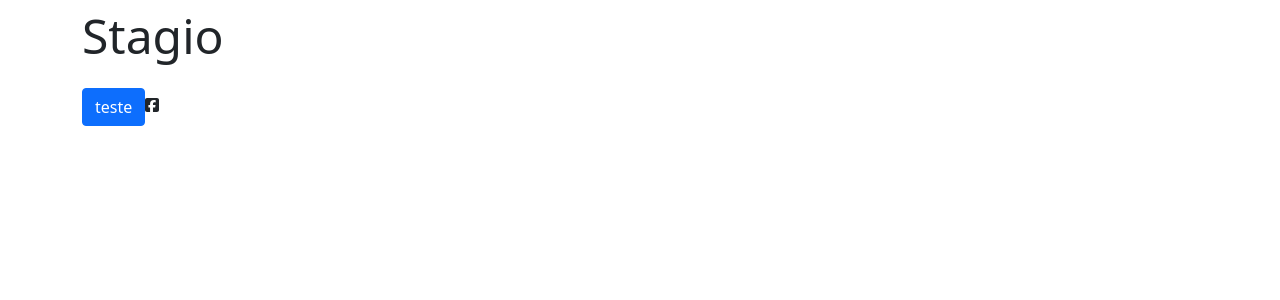
Repository: telesbp/Projeto-4-e-Projeto-5
Page: / (app in front-end/)
These files come from the project's save history. The page is drawn as it stood at one moment and after the next save; the edit follows.
The browser window is 1280 px wide. The pictures show the whole page.
The project was rebuilt for these pictures with package versions that can differ from the ones it lists, and the page was loaded fresh each time.

Above is the page before, as saved 2022-07-17 13:48:07.

### front-end/public/index.html
<!DOCTYPE html>
<html lang="pt-BR">
  <head>
    <meta charset="utf-8" />
    <link rel="icon" href="%PUBLIC_URL%/favicon.ico" />
    <meta name="viewport" content="width=device-width, initial-scale=1" />
    <meta name="theme-color" content="#000000" />
    <meta
      name="description"
      content="Seu negócio automatizado!"
    />
    <link rel="apple-touch-icon" href="%PUBLIC_URL%/logo192.png" />
    <!--
      manifest.json provides metadata used when your web app is installed on a
      user's mobile device or desktop. See https://developers.google.com/web/fundamentals/web-app-manifest/
    -->
    <link rel="manifest" href="%PUBLIC_URL%/manifest.json" />
    <!--
      Notice the use of %PUBLIC_URL% in the tags above.
      It will be replaced with the URL of the `public` folder during the build.
      Only files inside the `public` folder can be referenced from the HTML.

      Unlike "/favicon.ico" or "favicon.ico", "%PUBLIC_URL%/favicon.ico" will
      work correctly both with client-side routing and a non-root public URL.
      Learn how to configure a non-root public URL by running `npm run build`.
    -->
    <title>Stagio</title>

    <link rel="preconnect" href="https://fonts.googleapis.com">
    <link rel="preconnect" href="https://fonts.gstatic.com" crossorigin>
    <link href="https://fonts.googleapis.com/css2?family=Roboto:wght@400;700&display=swap" rel="stylesheet">
  </head>
  <body>
    <noscript>You need to enable JavaScript to run this app.</noscript>
    <div id="root"></div>
    <!--
      This HTML file is a template.
      If you open it directly in the browser, you will see an empty page.

      You can add webfonts, meta tags, or analytics to this file.
      The build step will place the bundled scripts into the <body> tag.

      To begin the development, run `npm start` or `yarn start`.
      To create a production bundle, use `npm run build` or `yarn build`.
    -->
  </body>
</html>

### front-end/src/index.tsx
import React from 'react';
import ReactDOM from 'react-dom/client';
import App from './App';
import 'bootstrap/dist/css/bootstrap.min.css';
import { BrowserRouter } from 'react-router-dom';
import 'react-toastify/dist/ReactToastify.css';
import { ToastContainer } from 'react-toastify';

const root = ReactDOM.createRoot(
  document.getElementById('root') as HTMLElement
);
root.render(
  <React.StrictMode>
    <BrowserRouter>
      <App />
      <ToastContainer/>
    </BrowserRouter>
  </React.StrictMode>
);

### front-end/src/App.tsx
import { HomeView } from "./views/Home";

function App() {
  return (
    <HomeView/>
  );
}

export default App;

### front-end/src/views/Home/index.tsx
import { faFacebookSquare } from "@fortawesome/free-brands-svg-icons";
import { FontAwesomeIcon } from "@fortawesome/react-fontawesome";
import { Button, Container } from "react-bootstrap";
import { toast } from "react-toastify";
import styled from "styled-components";

export function HomeView(){
    return(
    <Container>
        <Title>Stagio</Title>
        <Button onClick={() => toast.success("oi")}>teste</Button>
        <FontAwesomeIcon icon={faFacebookSquare} />
    </Container>
    )
}

const Title = styled.p`
    font-size: 3rem;
`

### front-end/src/assets/img/css/global.ts
import { createGlobalStyle } from "styled-components";

export const GlobalStyle = createGlobalStyle`
    body{
       font-family: 'Roboto', sans-serif;
    }
`

After the next save:
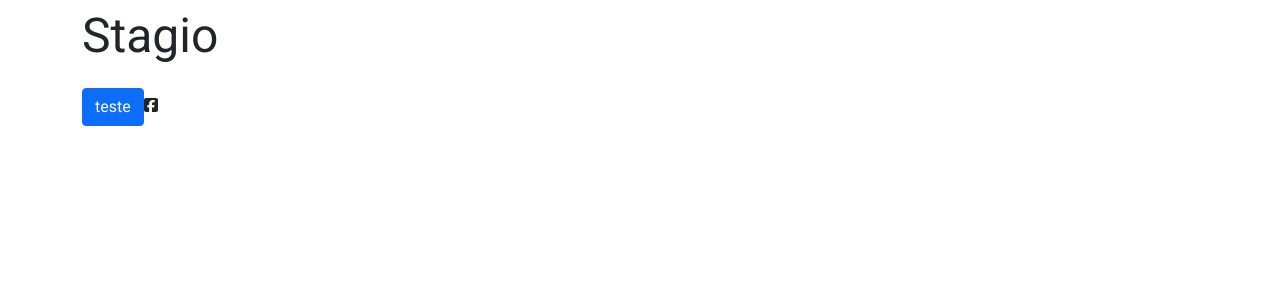
Saved 58 s later.
--- a/front-end/src/index.tsx
+++ b/front-end/src/index.tsx
@@ -5,6 +5,7 @@ import 'bootstrap/dist/css/bootstrap.min.css';
 import { BrowserRouter } from 'react-router-dom';
 import 'react-toastify/dist/ReactToastify.css';
 import { ToastContainer } from 'react-toastify';
+import { GlobalStyle } from './assets/img/css/global';
 
 const root = ReactDOM.createRoot(
   document.getElementById('root') as HTMLElement
@@ -12,6 +13,7 @@ const root = ReactDOM.createRoot(
 root.render(
   <React.StrictMode>
     <BrowserRouter>
+    <GlobalStyle/>
       <App />
       <ToastContainer/>
     </BrowserRouter>
